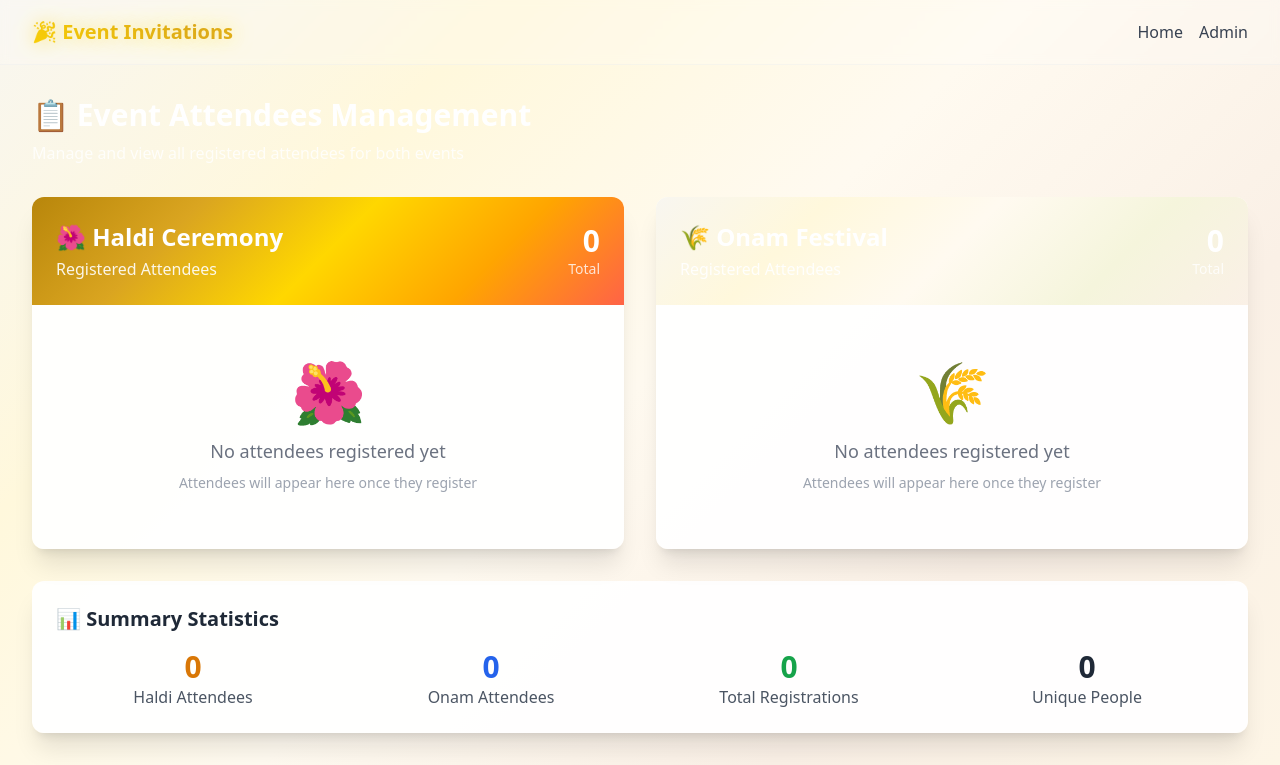
Repository: nanduldas/invitation
Page: http://localhost/admin/attendees
The author's editor kept a copy of each file at every save. The page is drawn from the files as they stood at one save, then again after the next save.
The browser window is 1280 px wide. The pictures show the whole page.
Some web libraries are served in a nearby version. The page is served by the project's Laravel application, run on PHP 8.4 with Laravel 12. Queries for data that is not in the repository find no rows.

Above is the page before, as saved 2025-08-22 23:56:12.

After the next save:
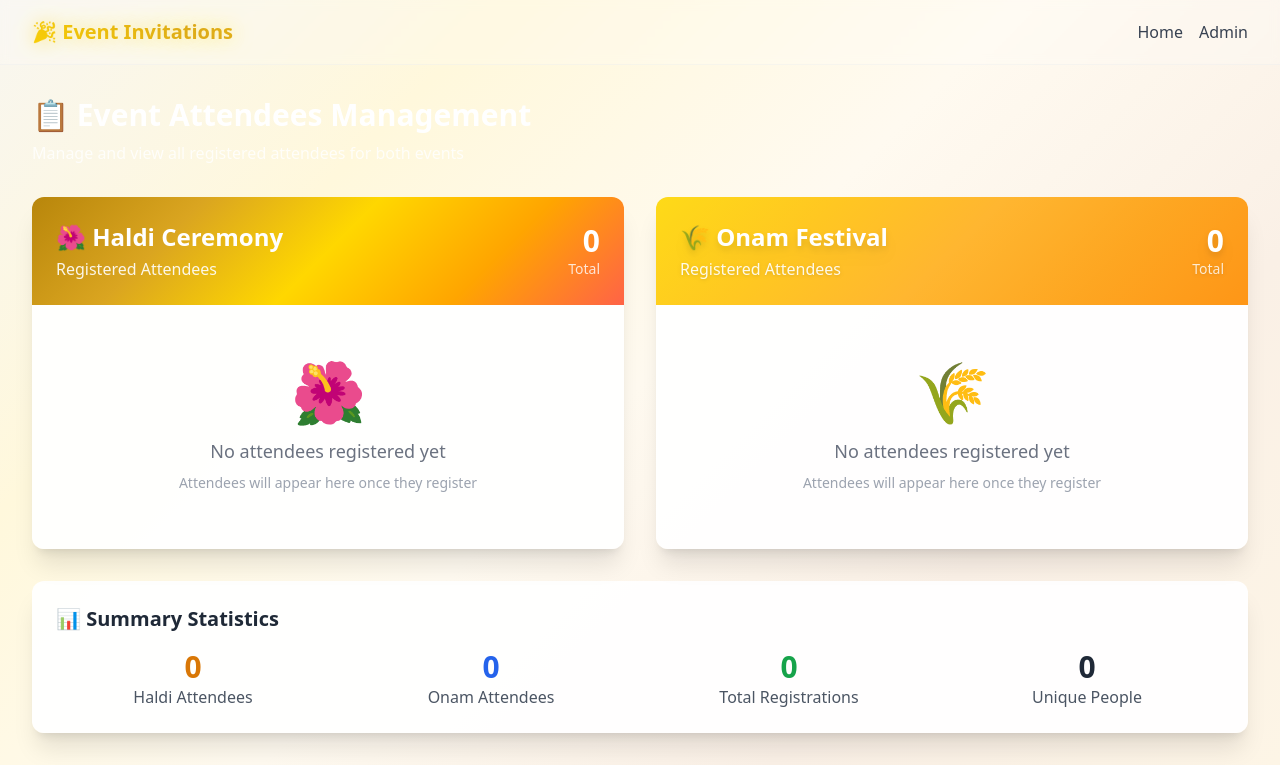
Saved 19 s later.
--- a/resources/views/admin/attendees.blade.php
+++ b/resources/views/admin/attendees.blade.php
@@ -69,17 +69,19 @@
 
         <!-- Onam Event Attendees -->
         <div class="bg-white/95 rounded-xl shadow-xl overflow-hidden">
-            <div class="gradient-onam p-6 text-white">
-                <div class="flex items-center justify-between">
-                    <div>
-                        <h2 class="text-2xl font-bold flex items-center">
-                            🌾 Onam Festival
-                        </h2>
-                        <p class="text-white/90 mt-1">Registered Attendees</p>
-                    </div>
-                    <div class="text-right">
-                        <div class="text-3xl font-bold">{{ $onamAttendees->count() }}</div>
-                        <div class="text-sm text-white/80">Total</div>
+            <div class="gradient-onam relative">
+                <div class="onam-overlay p-6 text-white">
+                    <div class="flex items-center justify-between">
+                        <div>
+                            <h2 class="text-2xl font-bold flex items-center drop-shadow-lg">
+                                🌾 Onam Festival
+                            </h2>
+                            <p class="text-white/90 mt-1 drop-shadow">Registered Attendees</p>
+                        </div>
+                        <div class="text-right">
+                            <div class="text-3xl font-bold drop-shadow-lg">{{ $onamAttendees->count() }}</div>
+                            <div class="text-sm text-white/80 drop-shadow">Total</div>
+                        </div>
                     </div>
                 </div>
             </div>
